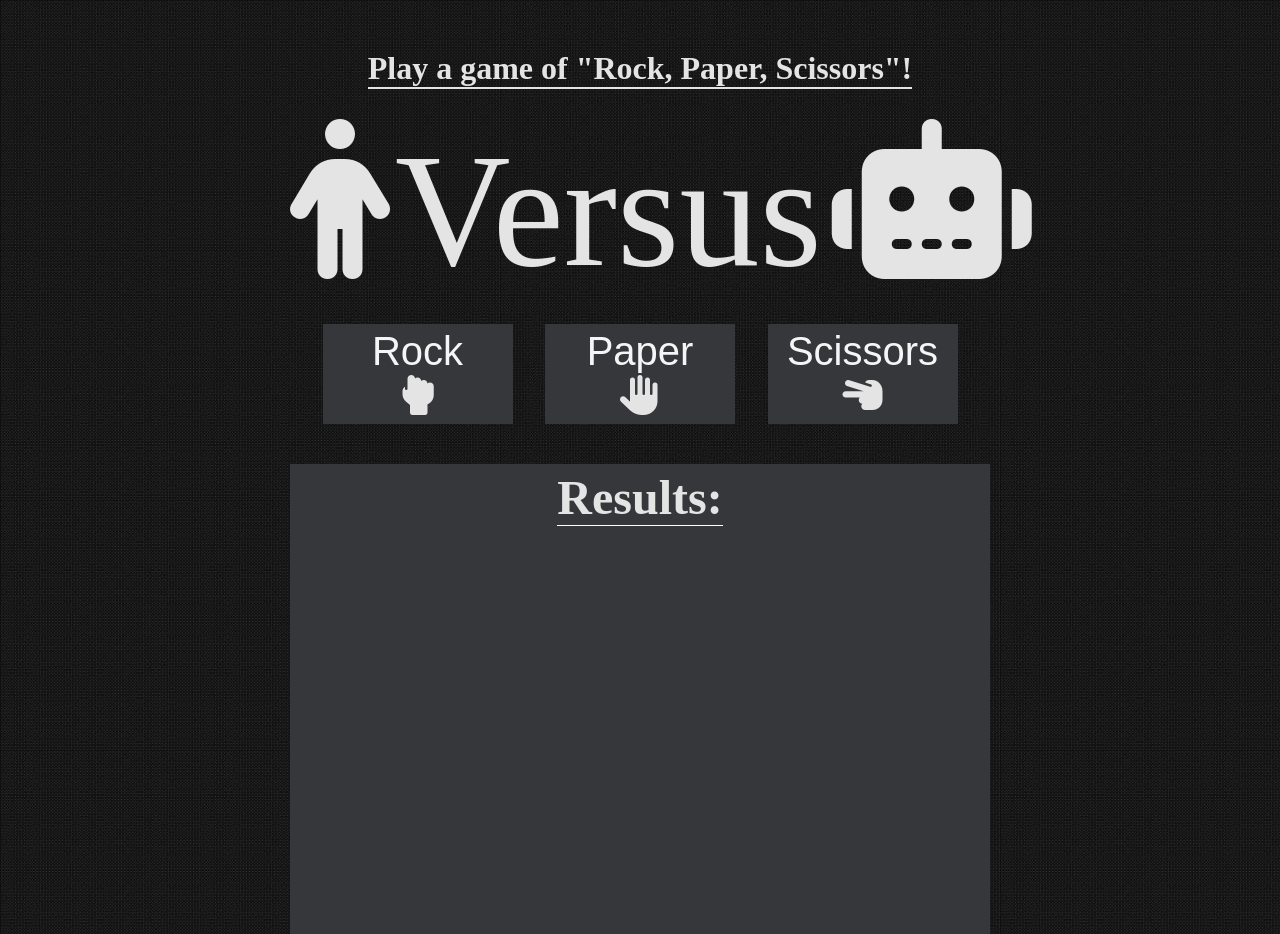
Repository: Pafestivo/rock-paper-scissors
Page: index.html
These files come from the project's save history. The page is drawn as it stood at one moment and after the next save; the edit follows.
The browser window is 1280 px wide. The pictures show the whole page.
Some web libraries are served in a nearby version.

Above is the page before, as saved 2022-10-14 15:28:43.

After the next save:
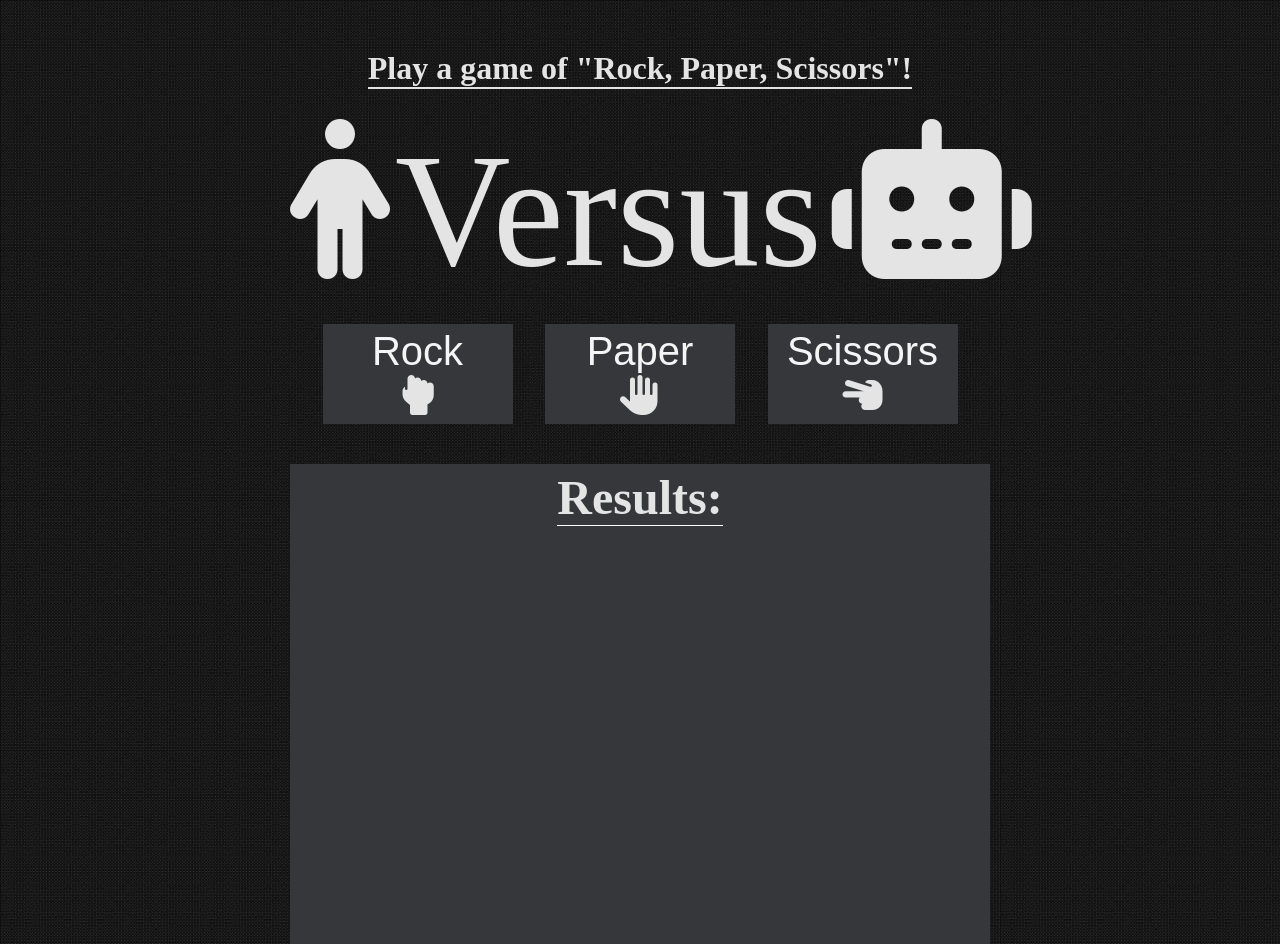
Saved 11 s later.
--- a/styles.css
+++ b/styles.css
@@ -68,7 +68,7 @@ button:focus {
 #results {
   margin: 40px auto 0 auto;
   width: 700px;
-  height: 470px;
+  height: 480px;
   padding: 1px;
   background-color: #35373B;
 }
